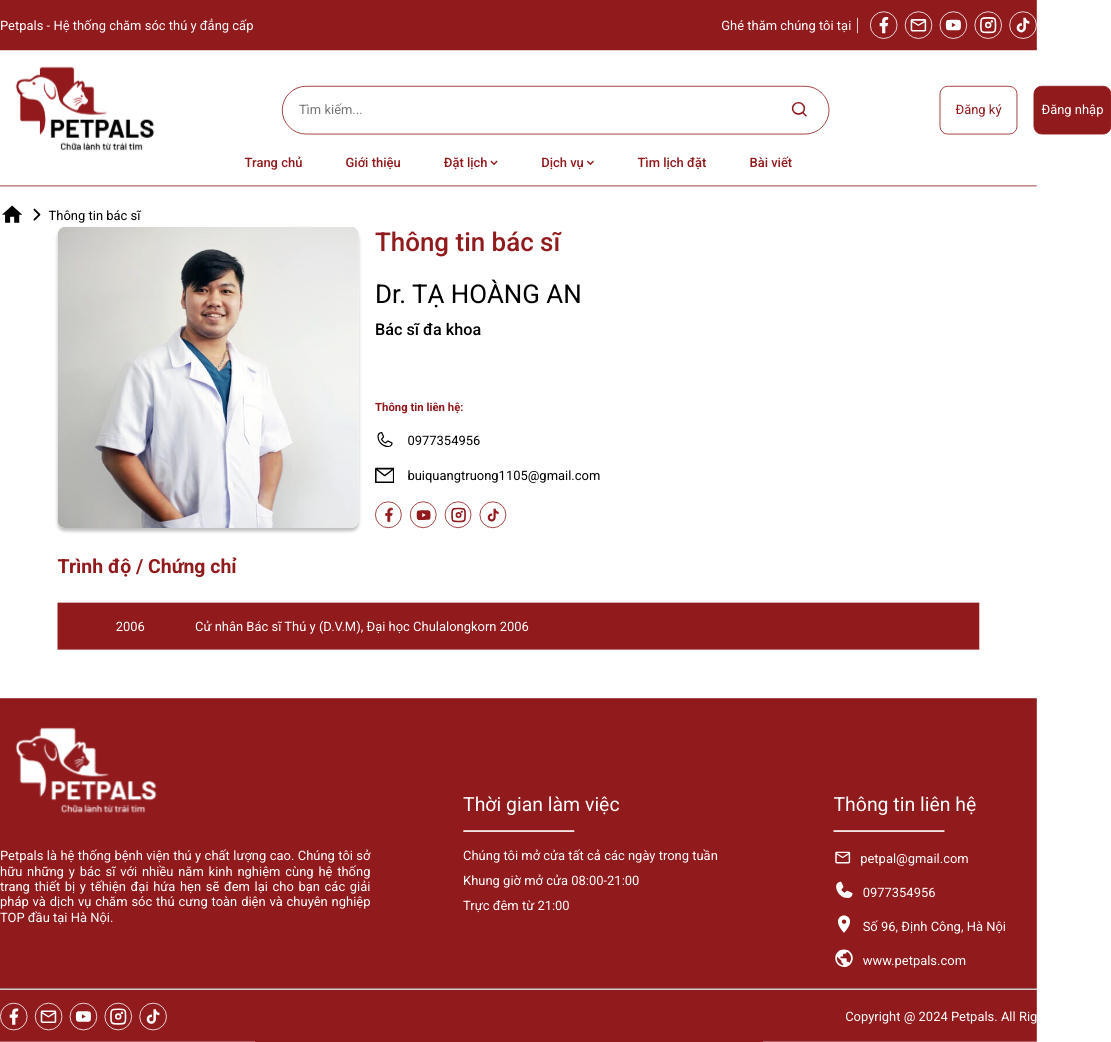
Repository: ahntrung1909/Petpals
Page: /chi-tiet-bac-si (app in petpals-user-main/)
An editor plug-in stored every save of this project. The page is shown before and after the next save, followed by the edit.
The browser window is 1280 px wide. The page is 1372 px wide, so the pictures cover 1372 px, including what lies to the right of the window. The pictures show the whole page, at 81% of full size.
The project was rebuilt for these pictures with package versions that can differ from the ones it lists, and the page was loaded fresh each time. The framework's server and built-in components were replaced by stand-ins that run in the browser. Also part of the build but not shown: petpals-user-main/next.config.js, petpals-user-main/next.config.mjs.

Above is the page before, as saved 2024-04-14 13:31:45.

### petpals-user-main/src/app/layout.js
import { Footer } from "@/components/Footer/Footer";
import "./global.scss";
import { Header } from "@/components/Header/Header";
import { ToastContainer } from "react-toastify";
import "react-toastify/dist/ReactToastify.css";
import { Button, ConfigProvider, Space } from "antd";

export const metadata = {
  title: "Petpals - Chữa lành từ trái tim",
  description: "Petpals",
};

export default function RootLayout({ children }) {
  return (
    <html lang="en">
      <body>
        <Header />
        <ToastContainer />
        <ConfigProvider
          theme={{
            token: {
              colorPrimary: "#911A1D",
              fontFamily: "Roboto",
            },
            components: {
              DatePicker: {
                inputFontSize: 16,
              },
              Menu: {
                itemBg: "transparent",
                subMenuItemBg: "transparent",
                activeBarBorderWidth: 0,
                itemSelectedBg: "rgba(145, 26, 29, 0.05)",
                itemBorderRadius: 0,
              },
            },
          }}
        >
          {children}
        </ConfigProvider>
        <Footer />
      </body>
    </html>
  );
}

### petpals-user-main/src/app/chi-tiet-bac-si/page.js
import React from "react";
import "./style.scss";

export default function page() {
  return (
    <main>
      <div className="breadcrumb">
        <img src="/icon/ic_baseline-home.svg" alt="" />
        <img src="/icon/iconamoon_arrow-right-2.svg" alt="" />
        <p>Thông tin bác sĩ</p>
      </div>
      <section className="doctor-information-section">
        <div className="information-wrapper">
          <div className="doctor-img">
            <img src="/img/doctor/hoang_an.jpg" alt="" />
          </div>
          <div className="col-right">
            <div className="information">
              <h3>Thông tin bác sĩ</h3>
              <p className="doctor-name">Dr. TẠ HOÀNG AN</p>
              <p className="doctor-position">Bác sĩ đa khoa</p>
            </div>
            <div className="contact-info">
              <h4>Thông tin liên hệ:</h4>
              <div className="contact-item">
                <img src="/icon/ph_phone.svg" alt="" />
                <p>0977354956</p>
              </div>
              <div className="contact-item">
                <img src="/icon/MailOutlined.svg" alt="" />
                <p>buiquangtruong1105@gmail.com</p>
              </div>
              <div className="social-media">
                <div className="social-media-icon">
                  <img src="/icon/ri_facebook-fill-brown.svg" alt="" />
                </div>
                <div className="social-media-icon">
                  <img src="/icon/mdi_youtube-brown.svg" alt="" />
                </div>
                <div className="social-media-icon">
                  <img src="/icon/lets-icons_insta-brown.svg" alt="" />
                </div>
                <div className="social-media-icon">
                  <img src="/icon/ic_baseline-tiktok-brown.svg" alt="" />
                </div>
              </div>
            </div>
          </div>
        </div>
        <div className="degree-wrapper">
          <h2>Trình độ / Chứng chỉ</h2>
          <div className="table">
            <div className="row row-brown">
              <div className="col">2006</div>
              <div className="col">
                Cử nhân Bác sĩ Thú y (D.V.M), Đại học Chulalongkorn 2006
              </div>
            </div>
          </div>
        </div>
      </section>
    </main>
  );
}

### petpals-user-main/src/components/Footer/Footer.js
import { Socialicon } from "../Socialicon/Socialicon";
import "./style.scss";
export const Footer = () => {
  return (
    <footer>
      <div className="row row-1">
        <div className="logo">
          <img src="/img/logo_am_ban.svg" alt="" />
        </div>
        <div className="working-time">Thời gian làm việc</div>
        <div className=" contact-info">Thông tin liên hệ</div>
      </div>
      <div className="row">
        <div className="about">
          Petpals là hệ thống bệnh viện thú y chất lượng cao. Chúng tôi sở hữu
          những y bác sĩ với nhiều năm kinh nghiệm cùng hệ thống trang thiết bị
          y tếhiện đại hứa hẹn sẽ đem lại cho bạn các giải pháp và dịch vụ chăm
          sóc thú cưng toàn diện và chuyên nghiệp TOP đầu tại Hà Nội.
        </div>
        <ul className="working-time-more">
          <li>Chúng tôi mở cửa tất cả các ngày trong tuần</li>
          <li>Khung giờ mở cửa 08:00-21:00</li>
          <li>Trực đêm từ 21:00</li>
        </ul>
        <ul className="contact-info-more">
          <li className="contact-item">
            <span>
              <img src="/icon/material-symbols_mail-outline.svg" alt="" />
            </span>
            petpal@gmail.com
          </li>
          <li className="contact-item">
            <span>
              <img src="/icon/ph_phone-fill.svg" alt="" />
            </span>
            0977354956
          </li>
          <li className="contact-item">
            <span>
              <img src="/icon/mdi_location.svg" alt="" />
            </span>
            Số 96, Định Công, Hà Nội
          </li>
          <li className="contact-item">
            <span>
              <img src="/icon/mdi_earth.svg" alt="" />
            </span>
            www.petpals.com
          </li>
        </ul>
      </div>
      <hr />
      <div className="footer-bottom">
        <Socialicon />
        <div>Copyright @ 2024 Petpals. All Rights Reverved</div>
      </div>
    </footer>
  );
};

### petpals-user-main/src/app/global.scss
@import url("https://fonts.googleapis.com/css2?family=Roboto:ital,wght@0,100;0,300;0,400;0,500;0,700;0,900;1,100;1,300;1,400;1,500;1,700;1,900&display=swap");
@import "../style/variable";
* {
  padding: 0;
  margin: 0;
  box-sizing: border-box;
}
body {
  font-family: "Roboto", sans-serif;
  font-size: 16px;
}
a {
  text-decoration: none;
  color: black;
}
ul,
li {
  list-style: none;
}
input,
textarea {
  width: 100%;
  border: none;
  outline: none;
  font-family: "Roboto", sans-serif;
  font-size: 16px;
}
img {
  width: 100%;
}
button {
  font-family: "Roboto", sans-serif;
  font-size: 16px;
}
label {
  font-family: "Roboto", sans-serif;
  font-size: 16px;
}

// custom scroll bar
::-webkit-scrollbar-track {
  background-color: #f5f5f5;
}

::-webkit-scrollbar {
  width: 6px;
  height: 6px;
  background-color: #f5f5f5;
}

::-webkit-scrollbar-thumb {
  background-image: linear-gradient($BROWN_500, $RED_500);
  // border-radius: 10px;
}
::-webkit-scrollbar-thumb:horizontal {
  background-image: linear-gradient(to right, $BROWN_500, $RED_500);
  // border-radius: 10px;
}

### petpals-user-main/src/app/chi-tiet-bac-si/style.scss
@import "../../style/variable";
@import "../../style/base";

main {
  margin-bottom: 60px;
}
.doctor-information-section {
  width: 1138px;
  margin: 0 auto;
}
.information-wrapper {
  display: flex;
  gap: 20px;
  .doctor-img {
    img {
      width: 372px;
      height: 372px;
      border-radius: 10px;
      object-fit: cover;
      box-shadow: 0 4px 4px rgba(0, 0, 0, 0.25);
    }
  }
  .col-right {
    height: 372px;
    display: flex;
    flex-direction: column;
    justify-content: space-between;
    .information {
      h3 {
        color: $BROWN_500;
        font-size: 32px;
        font-weight: 500;
        margin-bottom: 26px;
      }
      .doctor-name {
        font-size: 32px;
        font-weight: 400;
        margin-bottom: 12px;
      }
      .doctor-position {
        font-size: 20px;
        font-weight: 500;
      }
    }
    .contact-info {
      display: flex;
      flex-direction: column;
      gap: 20px;
      padding-bottom: 0;
      &::after {
        display: none;
      }
      h4 {
        font-size: 14px;
        color: $BROWN_500;
      }
      .contact-item {
        img {
          width: 24px;
          height: 24px;
          margin-right: 6px;
        }
        p {
          font-size: 16px;
        }
      }
      .social-media {
        display: flex;
        gap: 10px;
        .social-media-icon {
          width: 33px;
          height: 33px;
          display: flex;
          justify-content: center;
          align-items: center;
          border: 1px solid $BROWN_500;
          border-radius: 50%;
          img {
            width: 22px;
            height: 22px;
          }
        }
      }
    }
  }
}
.degree-wrapper {
  width: 100%;
  h2 {
    color: $BROWN_500;
    margin: 30px 0px;
  }
  .row {
    width: 100%;
    padding: 0px 10px;
    display: grid;
    grid-template-columns: 2fr 12fr;
    margin-bottom: 0;
    &-brown {
      background-color: $BROWN_500;
      color: white;
    }
    .col {
      display: flex;
      height: 58px;
      align-items: center;
      &:nth-child(1) {
        justify-content: center;
      }
    }
  }
}

### petpals-user-main/src/components/Socialicon/Socialicon.js
import "./style.scss";
export const Socialicon = () => {
  return (
    <div className="list-social-icon">
      <div className="icon-item">
        <img src="/icon/ri_facebook-fill.svg" alt="icon-facebook" />
      </div>
      <div className="icon-item">
        <img src="/icon/material-symbols_mail-outline.svg" alt="icon-mail" />
      </div>
      <div className="icon-item">
        <img src="/icon/mdi_youtube.svg" alt="icon-youtube" />
      </div>
      <div className="icon-item">
        <img src="/icon/lets-icons_insta.svg" alt="icon-insta" />
      </div>
      <div className="icon-item">
        <img src="/icon/ic_baseline-tiktok.svg" alt="icon-tiktok" />
      </div>
    </div>
  );
};

### petpals-user-main/src/components/Footer/style.scss
@import "../../style/variable";
footer {
  display: block;
  width: 100vw;
  height: 424px;
  background-color: $BROWN_500;
  padding: 20px 0;
}
.row {
  width: 1372px;
  margin: 0 auto;
  display: grid;
  grid-template-columns: repeat(12, 1fr);
  row-gap: 20px;
  color: white;
  margin-bottom: 20px;
}
.row-1 {
  align-items: flex-end;
}
.logo {
  width: 214px;
  grid-column: 1/5;
}
.working-time {
  grid-column: 6/10;
  position: relative;
  font-size: 24px;
  padding-bottom: 20px;
  &::after {
    content: "";
    width: 137px;
    height: 2px;
    background-color: white;
    position: absolute;
    left: 0;
    bottom: 0;
  }
}
.contact-info {
  position: relative;
  grid-column: 10/13;
  font-size: 24px;
  padding-bottom: 20px;
  &::after {
    content: "";
    width: 137px;
    height: 2px;
    background-color: white;
    position: absolute;
    left: 0;
    bottom: 0;
  }
}
.about {
  grid-column: 1/5;
  text-align: justify;
}
.working-time-more {
  grid-column: 6/10;
  display: flex;
  flex-direction: column;
  gap: 12px;
}
.contact-info-more {
  grid-column: 10/13;
  display: flex;
  flex-direction: column;
  gap: 12px;
}
.contact-item {
  display: flex;
  gap: 10px;
  align-items: center;
}
.footer-bottom {
  width: 1372px;
  margin: 0 auto;
  margin-top: 16px;
  color: white;
  display: flex;
  align-items: center;
  justify-content: space-between;
}

### petpals-user-main/src/style/_variable.scss
$BROWN_50: rgb(244, 232, 232);
$BROWN_100: rgb(221, 184, 185);
$BROWN_200: rgb(204, 150, 151);
$BROWN_300: rgb(181, 102, 104);
$BROWN_400: rgb(167, 72, 74);
$BROWN_500: rgb(145, 26, 29);
$BROWN_600: rgb(132, 24, 26);
$BROWN_700: rgb(103, 18, 21);
$BROWN_800: rgb(80, 14, 16);
$BROWN_900: rgb(61, 11, 12);
$RED_50: rgb(255, 247, 247);
$RED_100: rgb(255, 230, 231);
$RED_200: rgb(255, 217, 219);
$RED_300: rgb(255, 200, 202);
$RED_400: rgb(255, 189, 192);
$RED_500: rgb(255, 173, 176);
$RED_600: rgb(232, 157, 160);
$RED_700: rgb(181, 123, 125);
$RED_800: rgb(140, 95, 97);
$RED_900: rgb(107, 73, 74);
$BROWN_DARK_50: rgb(236, 233, 233);
$BROWN_DARK_100: rgb(195, 186, 186);
$BROWN_DARK_200: rgb(165, 152, 152);
$BROWN_DARK_300: rgb(124, 105, 106);
$BROWN_DARK_400: rgb(99, 76, 77);
$BROWN_DARK_500: rgb(60, 31, 32);
$BROWN_DARK_600: rgb(55, 28, 29);
$BROWN_DARK_700: rgb(43, 22, 23);
$BROWN_DARK_800: rgb(33, 17, 18);
$BROWN_DARK_900: rgba(25, 13, 13, 0.2);

### petpals-user-main/src/components/Header/style.scss
@import "../../style/_variable";

header {
  height: 230px;
  border-bottom: 1px solid $BROWN_500;
}
div:has(.wrap):nth-child(1) {
  background-color: $BROWN_500;
  height: 62px;
  display: flex;
  align-items: center;
}
.wrap {
  width: 1372px;
  margin: 0 auto;
}
.top-header {
  display: flex;
  justify-content: space-between;
  align-items: center;
  color: white;
}
.social-connect {
  display: flex;
  align-items: center;
  gap: 15px;
}
.social-connect > p {
  padding: 0px 7px;
  border-right: 1px solid white;
}
div:has(.wrap):nth-child(2) {
  padding-top: 18px;
}
.main-header {
  display: flex;
  align-items: center;
  justify-content: space-between;
}
.petpals-logo {
  display: block;
  width: 211px;
  height: 111px;
}
.header-main-right {
  display: flex;
  width: 1024px;
  justify-content: space-between;
  align-items: center;
}
.search-input {
  display: flex;
  position: relative;

  input {
    width: 676px;
    height: 60px;
    padding: 0px 60px 0px 20px;
    border: 1px solid $BROWN_500;
    border-radius: 99px;
    display: flex;
    justify-content: center;
    align-items: center;
  }
  .icon-item {
    right: 20px;
    top: 50%;
    transform: translateY(-50%);
    position: absolute;
    cursor: pointer;
  }
}
.btn-group {
  display: flex;
  gap: 20px;
  text-align: center;
  .btn {
    display: flex;
    justify-content: center;
    align-items: center;
    width: 96px;
    height: 60px;
    border: 1px solid $BROWN_500;
    border-radius: 10px;
    color: $BROWN_500;
  }
  .btn:nth-child(1):hover {
    background-color: $BROWN_500;
    color: white;
  }
  .btn:nth-child(2) {
    color: white;
    background-color: $BROWN_500;
    &:hover {
      background-color: $BROWN_300;
    }
  }
}
.nav {
  display: flex;
  align-items: center;
  justify-content: space-between;
  width: 676px;
  margin: 0 auto;
  color: $BROWN_500;
  font-weight: 500;
  z-index: 99;

  &-item {
    display: flex;
    position: relative;
    align-items: center;
    cursor: pointer;
    padding-bottom: 8px;
    &.active > span,
    &.active > a {
      font-weight: 900;
    }
    &:hover .sub-nav:not(.nav-2) {
      display: flex;
    }
    span {
      display: flex;
      justify-content: center;
      align-items: center;
      color: $BROWN_500;
    }
    a {
      display: flex;
      justify-content: center;
      align-items: center;
      color: $BROWN_500;
      width: 100%;
      height: 100%;
    }
    &:hover > a {
      color: $RED_500;
    }
    &:hover > span {
      color: $RED_500;
    }
  }
}
.sub-nav {
  position: absolute;
  z-index: 99;
  top: 100%;
  left: 0;
  border-radius: 10px;
  box-shadow: 0 15px 15px 15px rgba(0, 0, 0, 0.05);
  box-shadow: 0 15px 15px rgba(0, 0, 0, 0.1);
  border: 0.5px solid rgba(0, 0, 0, 0.15);
  background-color: white;
  padding: 8px;
  display: none;
  flex-direction: column;
  gap: 8px;
  &.nav-2 {
    position: absolute;
    top: 0;
    left: 100%;
    transform: translate(8px, -8px);
    display: none;
  }
  &-item {
    position: relative;
    display: flex;
    align-items: center;
    justify-content: space-between;
    &::after {
      content: "";
      width: 8px;
      height: 100%;
      position: absolute;
      top: 0;
      right: -8px;
    }
    &:hover {
      background-color: rgba(0, 0, 0, 0.05);
    }
    &:hover .sub-nav.nav-2 {
      display: flex;
    }
    a {
      width: 100%;
      height: 100%;
      display: flex;
      justify-content: left;
      padding: 12px 16px;
    }
    span {
      padding: 12px 16px;
    }
    &-active > span,
    &-active > a {
      font-weight: 600;
    }
  }
}
.user-login-controller {
  display: flex;
  align-items: center;
  gap: 8px;
  cursor: pointer;
  position: relative;

  &:hover .sub-nav {
    display: flex;
    left: inherit;
    right: 0;
  }
  .user-img {
    width: 56px;
    height: 56px;
    img {
      border-radius: 50%;
    }
  }
}
.icon-bell {
  width: 30px;
  height: 30px;
  position: relative;
  .number-bell {
    position: absolute;
    top: 0;
    right: 0;
    transform: translate(36%, -30%);
    width: 20px;
    height: 20px;
    font-size: 12px;
    font-weight: 500;
    color: white;
    display: flex;
    justify-content: center;
    align-items: center;
    background-color: $RED_500;
    border-radius: 50%;
  }
  .menu-bell {
    display: none;
    position: absolute;
    right: 0;
    bottom: -20px;
    transform: translateY(100%);
    background-color: white;
    width: 554px;
    height: 468px;
    padding: 20px;
    border-radius: 10px;
    z-index: 99;
    box-shadow: 0 0 8px 4px rgba(0, 0, 0, 0.2);
    &.menu-bell-active {
      display: block;
    }
    ::after {
      content: "";
      width: 20px;
      height: 20px;
      background-color: white;
      position: absolute;
      right: 14px;
      top: 0;
      transform: translate(0, -50%);
      rotate: 45deg;
    }
    h3 {
      text-transform: uppercase;
      color: $BROWN_500;
      font-size: 22px;
      margin-bottom: 10px;
    }
    .menu-item {
      display: flex;
      flex-direction: column;
      gap: 10px;
      padding: 8px 0;
      border-bottom: 1px solid rgba(0, 0, 0, 0.25);
      &:hover {
        background-color: $BROWN_50;
      }
      .content {
        font-size: 20px;
      }
      .time {
        font-size: 12px;
      }
      span {
        text-align: left;
        padding: 0 8px;
      }
    }
    .container {
      height: 400px;
      overflow: scroll;
    }
  }
  .overlay {
    display: none;
    position: fixed;
    width: 100vw;
    height: 100vh;
    inset: 0;
    z-index: 20;
    background-color: rgba(0, 0, 0, 0.25);
    cursor: pointer;
    &.overlay-active {
      display: block;
    }
  }
}

### petpals-user-main/src/style/_base.scss
.section-heading {
  width: fit-content;
  margin: 60px auto;
  color: $BROWN_500;
  position: relative;
  font-size: 24px;
  font-weight: 800;
  text-transform: uppercase;
  &::after {
    content: "";
    width: 80%;
    height: 3px;
    position: absolute;
    bottom: -16px;
    left: 50%;
    transform: translateX(-50%);
    background-color: $BROWN_500;
  }
}
.breadcrumb {
  width: 1372px;
  margin: 0 auto;
  display: flex;
  align-items: center;
  padding-top: 20px;
  img {
    width: 30px;
    height: 30px;
  }
}

### petpals-user-main/src/components/Socialicon/style.scss
.list-social-icon {
  display: flex;
  gap: 9px;
}
.icon-item {
  width: 34px;
  height: 34px;
  border: 1px solid white;
  padding: 4px;
  border-radius: 99px;
  display: flex;
  justify-content: center;
  align-items: center;
}

Loaded but not shown: petpals-user-main/src/components/Header/Header.js (334 lines, source omitted)

After the next save:
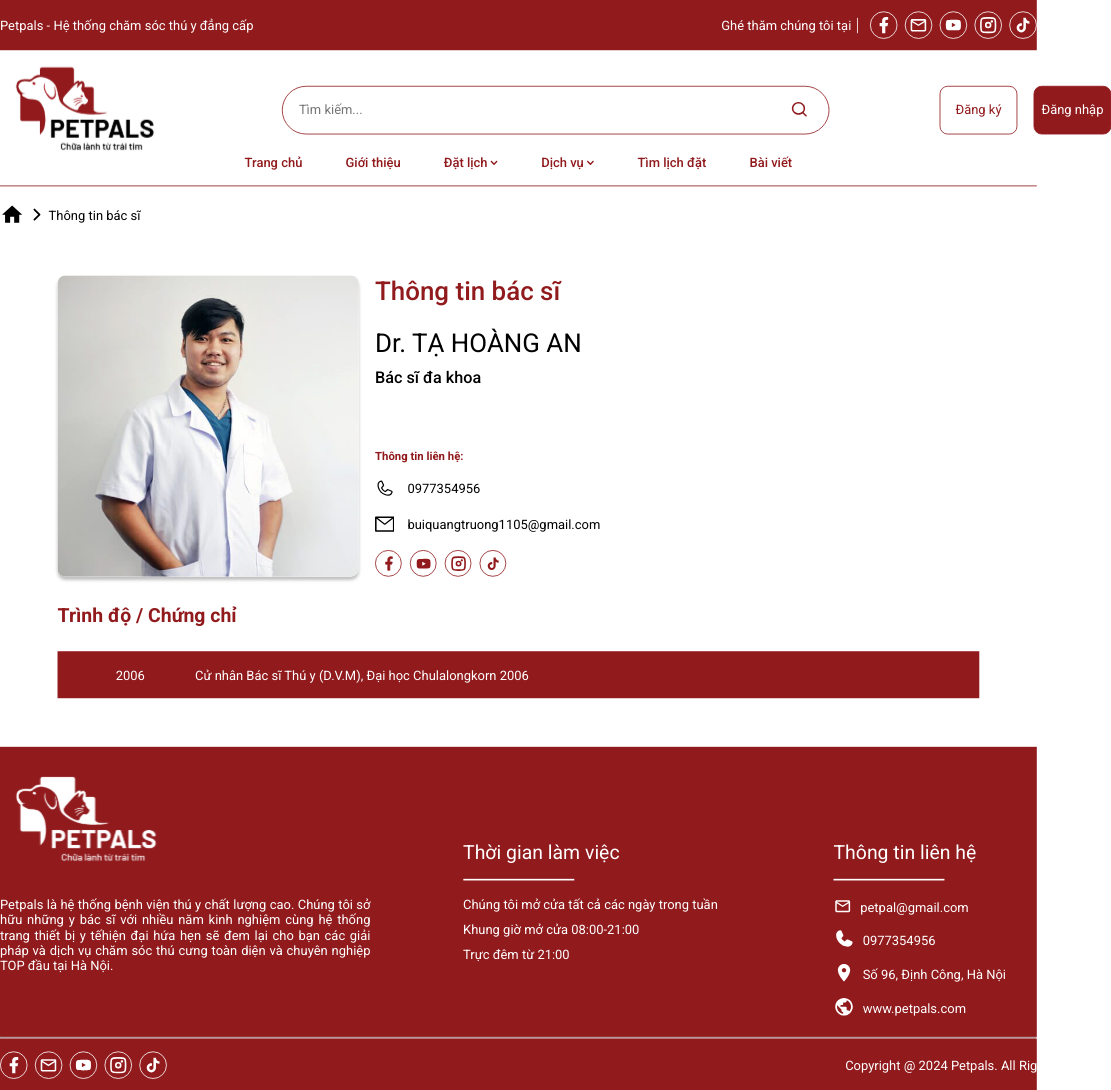
Saved 1 s later.
--- a/petpals-user-main/src/app/chi-tiet-bac-si/style.scss
+++ b/petpals-user-main/src/app/chi-tiet-bac-si/style.scss
@@ -7,6 +7,7 @@ main {
 .doctor-information-section {
   width: 1138px;
   margin: 0 auto;
+  margin-top: 60px;
 }
 .information-wrapper {
   display: flex;
